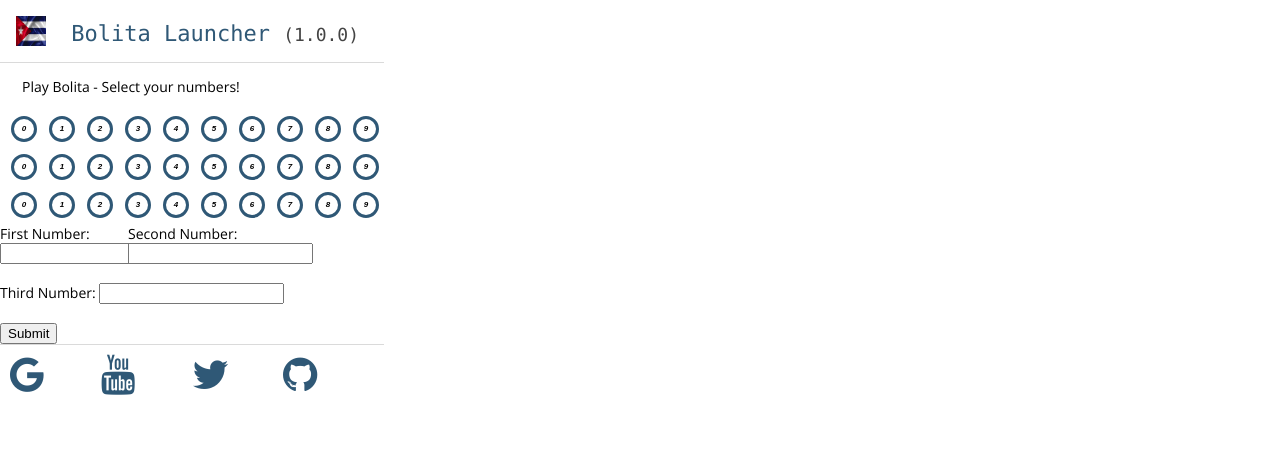
Repository: markymark617/BolitaChromeExtension
Page: popup.html
The author's editor kept a copy of each file at every save. The page is drawn from the files as they stood at one save, then again after the next save.
The browser window is 1280 px wide. The pictures show the whole page.

Above is the page before, as saved 2020-09-06 14:25:03.

### popup.html
<!DOCTYPE html>
<html lang="en">
<head>
    <meta charset="UTF-8">
    <meta name="viewport" content="width=device-width, initial-scale=1.0">
    <meta http-equiv="X-UA-Compatible" content="ie=chrome">
    <title>Bolita Launcher</title>
    <link rel="stylesheet" href="https://fonts.googleapis.com/css?family=Open+Sans" type="text/css">
    <link rel="stylesheet" href="popup.css">
    <link href="https://maxcdn.bootstrapcdn.com/font-awesome/4.7.0/css/font-awesome.min.css" rel="stylesheet" integrity="sha384-wvfXpqpZZVQGK6TAh5PVlGOfQNHSoD2xbE+QkPxCAFlNEevoEH3Sl0sibVcOQVnN" crossorigin="anonymous"/>

</head>

<body>
    <div class="modal-header">
        <h1 class="logo">
            <img src="images/bolita_logo.png" alt="Bolita_Launcher_logo" class="logo-icon"> Bolita Launcher <span class="version">(1.0.0)</span>
        </h1>
    </div>
    <div class="modal-content">
        <p>Play Bolita - Select your numbers!</p>
    </div>


    <div class="ball-icons">

        <div class="flex-container paddedDiv firstBet" id="firstRow">

            <button id="first-zero" value='0' class="btnFirstBet">
                <div class="flex circle">
                    <div class="fa-stack fa-2x">
                        <i class="fa fa-stack-2x fa-inverse"></i>
                        <i class="fa-stack-1x fa-stack-text">0</i>
                    </div>
                </div>
            </button>

            <button id="first-one" value='1' class="btnFirstBet">
                <div class="flex circle">
                    <div class="fa-stack fa-2x">
                        <i class="fa fa-stack-2x fa-inverse"></i>
                        <i class="fa-stack-1x fa-stack-text">1</i>
                    </div>
                </div>
            </button>


            <button id="first-two" value='2' class="btnFirstBet">
                <div class="flex circle">
                    <div class="fa-stack fa-2x">
                        <i class="fa fa-stack-2x fa-inverse"></i>
                        <i class="fa-stack-1x fa-stack-text">2</i>
                    </div>
                </div>
            </button>


            <button id="first-three" value='3' class="btnFirstBet">
                <div class="flex circle">
                    <div class="fa-stack fa-2x">
                        <i class="fa fa-stack-2x fa-inverse"></i>
                        <i class="fa-stack-1x fa-stack-text">3</i>
                    </div>
                </div>
            </button>


            <button id="first-four" value='4' class="btnFirstBet">
                <div class="flex circle">
                    <div class="fa-stack fa-2x">
                        <i class="fa fa-stack-2x fa-inverse"></i>
                        <i class="fa-stack-1x fa-stack-text">4</i>
                    </div>
                </div>
            </button>


            <button id="first-five" value='5' class="btnFirstBet">
                <div class="flex circle">
                    <div class="fa-stack fa-2x">
                        <i class="fa fa-stack-2x fa-inverse"></i>
                        <i class="fa-stack-1x fa-stack-text">5</i>
                    </div>
                </div>
            </button>


            <button id="first-six" value='6' class="btnFirstBet">
                <div class="flex circle">
                    <div class="fa-stack fa-2x">
                        <i class="fa fa-stack-2x fa-inverse"></i>
                        <i class="fa-stack-1x fa-stack-text">6</i>
                    </div>
                </div>
            </button>


            <button id="first-seven" value='7' class="btnFirstBet">
                <div class="flex circle">
                    <div class="fa-stack fa-2x">
                        <i class="fa fa-stack-2x fa-inverse"></i>
                        <i class="fa-stack-1x fa-stack-text">7</i>
                    </div>
                </div>
            </button>


            <button id="first-eight" value='8' class="btnFirstBet">
                <div class="flex circle">
                    <div class="fa-stack fa-2x">
                        <i class="fa fa-stack-2x fa-inverse"></i>
                        <i class="fa-stack-1x fa-stack-text">8</i>
                    </div>
                </div>
            </button>


            <button id="first-nine" value='9' class="btnFirstBet">
                    <div class="flex circle">
                        <div class="fa-stack fa-2x">
                                <i class="fa fa-stack-2x fa-inverse"></i>
                                <i class="fa-stack-1x fa-stack-text">9</i>
                        </div>
                    </div>
            </button>

        </div>

<!-- second row-->

        <div class="flex-container paddedDiv secondBet" id="secondRow">

            <button id="second-zero" value='0' class="btnSecondBet">
                <div class="flex circle">
                    <div class="fa-stack fa-2x">
                        <i class="fa fa-stack-2x fa-inverse"></i>
                        <i class="fa-stack-1x fa-stack-text">0</i>
                    </div>
                </div>
            </button>

            <button id="second-one" value='1' class="btnSecondBet">
                <div class="flex circle">
                    <div class="fa-stack fa-2x">
                        <i class="fa fa-stack-2x fa-inverse"></i>
                        <i class="fa-stack-1x fa-stack-text">1</i>
                    </div>
                </div>
            </button>


            <button id="second-two" value='2' class="btnSecondBet">
                <div class="flex circle">
                    <div class="fa-stack fa-2x">
                        <i class="fa fa-stack-2x fa-inverse"></i>
                        <i class="fa-stack-1x fa-stack-text">2</i>
                    </div>
                </div>
            </button>


            <button id="second-three" value='3' class="btnSecondBet">
                <div class="flex circle">
                    <div class="fa-stack fa-2x">
                        <i class="fa fa-stack-2x fa-inverse"></i>
                        <i class="fa-stack-1x fa-stack-text">3</i>
                    </div>
                </div>
            </button>


            <button id="second-four" value='4' class="btnSecondBet">
                <div class="flex circle">
                    <div class="fa-stack fa-2x">
                        <i class="fa fa-stack-2x fa-inverse"></i>
                        <i class="fa-stack-1x fa-stack-text">4</i>
                    </div>
                </div>
            </button>


            <button id="second-five" value='5' class="btnSecondBet">
                <div class="flex circle">
                    <div class="fa-stack fa-2x">
                        <i class="fa fa-stack-2x fa-inverse"></i>
                        <i class="fa-stack-1x fa-stack-text">5</i>
                    </div>
                </div>
            </button>


            <button id="second-six" value='6' class="btnSecondBet">
                <div class="flex circle">
                    <div class="fa-stack fa-2x">
                        <i class="fa fa-stack-2x fa-inverse"></i>
                        <i class="fa-stack-1x fa-stack-text">6</i>
                    </div>
                </div>
            </button>


            <button id="second-seven" value='7' class="btnSecondBet">
                <div class="flex circle">
                    <div class="fa-stack fa-2x">
                        <i class="fa fa-stack-2x fa-inverse"></i>
                        <i class="fa-stack-1x fa-stack-text">7</i>
                    </div>
                </div>
            </button>



            <button id="second-eight" value='8' class="btnSecondBet">
                <div class="flex circle">
                    <div class="fa-stack fa-2x">
                        <i class="fa fa-stack-2x fa-inverse"></i>
                        <i class="fa-stack-1x fa-stack-text">8</i>
                    </div>
                </div>
            </button>


            <button id="second-nine" value='9' class="btnSecondBet">
                    <div class="flex circle">
                        <div class="fa-stack fa-2x">
                                <i class="fa fa-stack-2x fa-inverse"></i>
                                <i class="fa-stack-1x fa-stack-text">9</i>
                        </div>
                    </div>
            </button>

        </div>

<!--Third Row-->

        <div class="flex-container paddedDiv thirdBet" id="thirdRow">

                <button id="third-zero" value='0' class="btnThirdBet">
                    <div class="flex circle">
                        <div class="fa-stack fa-2x">
                            <i class="fa fa-stack-2x fa-inverse"></i>
                            <i class="fa-stack-1x fa-stack-text">0</i>
                        </div>
                    </div>
                </button>

                <button id="third-one" value='1' class="btnThirdBet">
                    <div class="flex circle">
                        <div class="fa-stack fa-2x">
                            <i class="fa fa-stack-2x fa-inverse"></i>
                            <i class="fa-stack-1x fa-stack-text">1</i>
                        </div>
                    </div>
                </button>


                <button id="third-two" value='2' class="btnThirdBet">
                    <div class="flex circle">
                        <div class="fa-stack fa-2x">
                            <i class="fa fa-stack-2x fa-inverse"></i>
                            <i class="fa-stack-1x fa-stack-text">2</i>
                        </div>
                    </div>
                </button>


                <button id="third-three" value='3' class="btnThirdBet">
                    <div class="flex circle">
                        <div class="fa-stack fa-2x">
                            <i class="fa fa-stack-2x fa-inverse"></i>
                            <i class="fa-stack-1x fa-stack-text">3</i>
                        </div>
                    </div>
                </button>


                <button id="third-four" value='4' class="btnThirdBet">
                    <div class="flex circle">
                        <div class="fa-stack fa-2x">
                            <i class="fa fa-stack-2x fa-inverse"></i>
                            <i class="fa-stack-1x fa-stack-text">4</i>
                        </div>
                    </div>
                </button>


                <button id="third-five" value='5' class="btnThirdBet">
                    <div class="flex circle">
                        <div class="fa-stack fa-2x">
                            <i class="fa fa-stack-2x fa-inverse"></i>
                            <i class="fa-stack-1x fa-stack-text">5</i>
                        </div>
                    </div>
                </button>


                <button id="third-six" value='6' class="btnThirdBet">
                    <div class="flex circle">
                        <div class="fa-stack fa-2x">
                            <i class="fa fa-stack-2x fa-inverse"></i>
                            <i class="fa-stack-1x fa-stack-text">6</i>
                        </div>
                    </div>
                </button>


                <button id="third-seven" value='7' class="btnThirdBet">
                    <div class="flex circle">
                        <div class="fa-stack fa-2x">
                            <i class="fa fa-stack-2x fa-inverse"></i>
                            <i class="fa-stack-1x fa-stack-text">7</i>
                        </div>
                    </div>
                </button>



                <button id="third-eight" value='8' class="btnThirdBet">
                    <div class="flex circle">
                        <div class="fa-stack fa-2x">
                            <i class="fa fa-stack-2x fa-inverse"></i>
                            <i class="fa-stack-1x fa-stack-text">8</i>
                        </div>
                    </div>
                </button>


                <button id="third-nine" value='9' class="btnThirdBet">
                        <div class="flex circle">
                            <div class="fa-stack fa-2x">
                                    <i class="fa fa-stack-2x fa-inverse"></i>
                                    <i class="fa-stack-1x fa-stack-text">9</i>
                            </div>
                        </div>
                </button>

            </div>








    </div>




    <div class="modal-output">

            <form action="results.html" method="GET">
                <div class="row">
                    <div class="column">
                        <label for="firstBetInput">First Number:</label><br>
                        <input type="text" id="firstBetInput" name="firstBetInput"><br><br>
                    </div>
                    <div class="column"></div>
                        <label for="secondBetInput">Second Number:</label>
                        <input type="text" id="secondBetInput" name="secondBetInput"><br><br>
                    </div>
                    <div class="column"></div>
                        <label for="thirdBetInput">Third Number:</label>
                        <input type="text" id="thirdBetInput" name="thirdBetInput"><br><br>
                    </div>
                </div>

                    <input type="submit" value="Submit">
            </form>
        </div>

    <div class="modal-icons">
        <div class="flex-container">
            <div class="flex">
                <a href="https://www.google.com" target="_blank">
                    <i class="fa fa-google"></i>
                </a>
            </div>

            <div class="flex">
                <a href="https://www.youtube.com" target="_blank">
                    <i class="fa fa-youtube"></i>
                </a>
            </div>

            <div class="flex">
                <a href="https://www.twitter.com" target="_blank">
                    <i class="fa fa-twitter"></i>
                </a>
            </div>

            <div class="flex">
                <a href="https://www.github.com" target="_blank">
                    <i class="fa fa-github"></i>
                </a>
            </div>
        </div>
    </div>








    <script src="popup.js"></script>
</body>
</html>

### popup.css

    html,
    body {
        font-family : 'Open Sans', sans-serif;
        font-size: 14px;
        margin: 0;
        min-height: 180px;
        padding: 0;
        width: 384px;
    }

    h1 {
        font-family: 'Menlo', monospace;
        font-size: 22px;
        font-weight: 400;
        margin: 0;
        color: #2f5876;
    }

    a:link, a:visited {
        color: #000;
        outline: 0;
        text-decoration: none;
    }

    img {
        width: 30px;

    }

    .modal-header {
        align-items: center;
        border-bottom: 0.5px solid #dadada;
    }

    .modal-content {
        padding: 0 22px;
        align-items: center;
    }

    .modal-icons {
        border-top: 0.5px solid #dadada;
        height: 50px;
        width: 100%;
    }

    .logo {
        padding: 16px;
    }

    .logo-icon {
        vertical-align: text-bottom;
        margin-right: 12px;
    }

    .version {
        color: #444;
        font-size: 18px;
    }

    .flex-container {
        display: flex;
        justify-content: space-between;
        padding: 10px 10px;
    }

    .flex {
        opacity: 1;
        transition: opacity 0.2s ease-in-out;
        width: 120px
    }

    .flex:hover {
        opacity: 0.4;
    }

    .flex .fa {
        font-size: 40px;
        color: #2f5876;
    }

    .fa-stack-text {
        font-size: 8px;
        border:none;
        align-items: center;
        font-weight:bold;
    }

    .circle {
        display: flex;
        border: 3px solid #2f5876;
        border-radius: 100%;
        width: 20px;
        height: 20px;
        justify-content: center;
        align-items: center;

    }

    button {
        background: transparent;
        border:0;
        outline:none;

    }

    .paddedDiv {
        padding: 5px;
    }

    .column {
        float: left;
        width: 33.33%;
      }

      /* Clear floats after the columns */
      .row:after {
        content: "";
        display: table;
        clear: both;
      }

### popup.js

document.querySelectorAll(".btnFirstBet").forEach(item => {
    item.addEventListener('click', event => {
        //handle click


        document.querySelectorAll(".btnFirstBet").forEach(item => {

                item.classList.remove("active");
                item.style.opacity=1;

        })

        item.style.opacity= 0.4;
        item.classList.add("active");

        //only 1 can be active at any given time

    })
});


document.querySelectorAll(".btnSecondBet").forEach(item => {
    item.addEventListener('click', event => {
        //handle click


        document.querySelectorAll(".btnSecondBet").forEach(item => {

                item.classList.remove("active");
                item.style.opacity=1;

        })

        item.style.opacity= 0.4;
        item.classList.add("active");

        //only 1 can be active at any given time

    })
});


document.querySelectorAll(".btnThirdBet").forEach(item => {
    item.addEventListener('click', event => {
        //handle click


        document.querySelectorAll(".btnThirdBet").forEach(item => {

                item.classList.remove("active");
                item.style.opacity=1;

        })

        item.style.opacity= 0.4;
        item.classList.add("active");

        //only 1 can be active at any given time

    })
});



/*


[document.querySelectorAll(".firstBet"), document.querySelector('.btnFirstBet')].forEach(item => {
    item.addEventListener('click', event => {
        //handle click
        item.style.opacity= 0.4;
        item.addClass("active");
    })
});


var elements = document.getElementsByClassName(".btnFirstBet");

[].forEach.call(elements, function(currElement) {
    currElemen
    currElement.style.opacity= 0.4;
    currElement.classList.add("active");
    console.log(currElement.tagName);
});


document.getElementsByClassName(".btnFirstBet").forEach(item => {
    item.addEventListener('click', event => {
        //handle click
        item.style.opacity= 0.4;
       // element.classList.add("active");
    })
})










var elements = document.querySelectorAll('.btnFirstBet');
for (var i = 0; i < elements.length; i++) {
    elements[i].classList.remove("active");
    elements[i].onclick = function (event) {
        console.log("ONCLICK");
        //remove all active class
        removeClass();
        if (event.elements[i].innerHTML === this.innerHTML) {
            console.log("IN IF");
            this.classList.add("active");
        }
    }
}

function removeClass(){
  for (var i = 0; i < elements.length; i++) {
    elements[i].classList.remove("active");
  }
}








*/

After the next save:
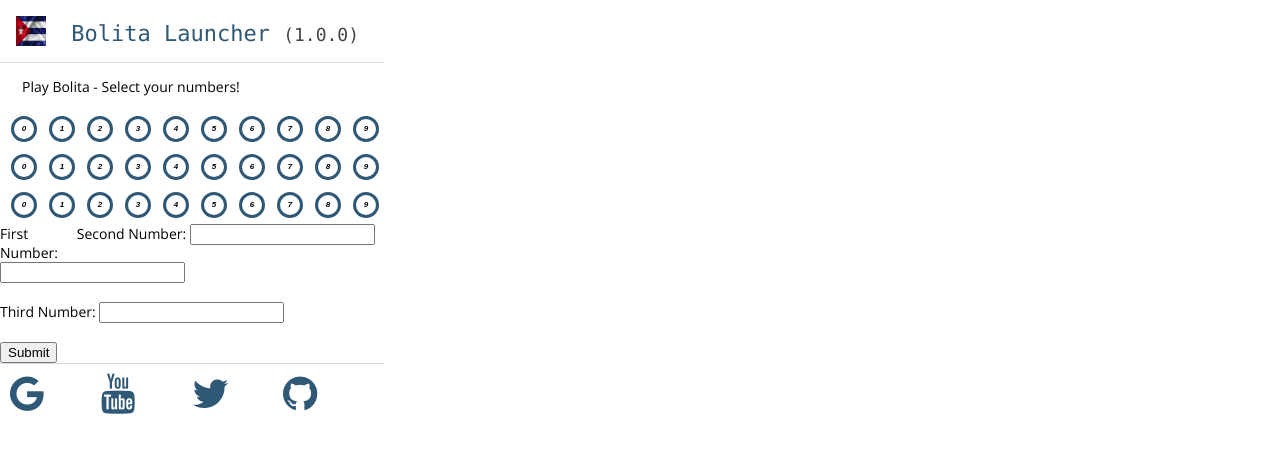
Saved 62 s later.
--- a/popup.css
+++ b/popup.css
@@ -110,7 +110,7 @@
 
     .column {
         float: left;
-        width: 33.33%;
+        width: 20%;
       }
 
       /* Clear floats after the columns */

After the save that followed:
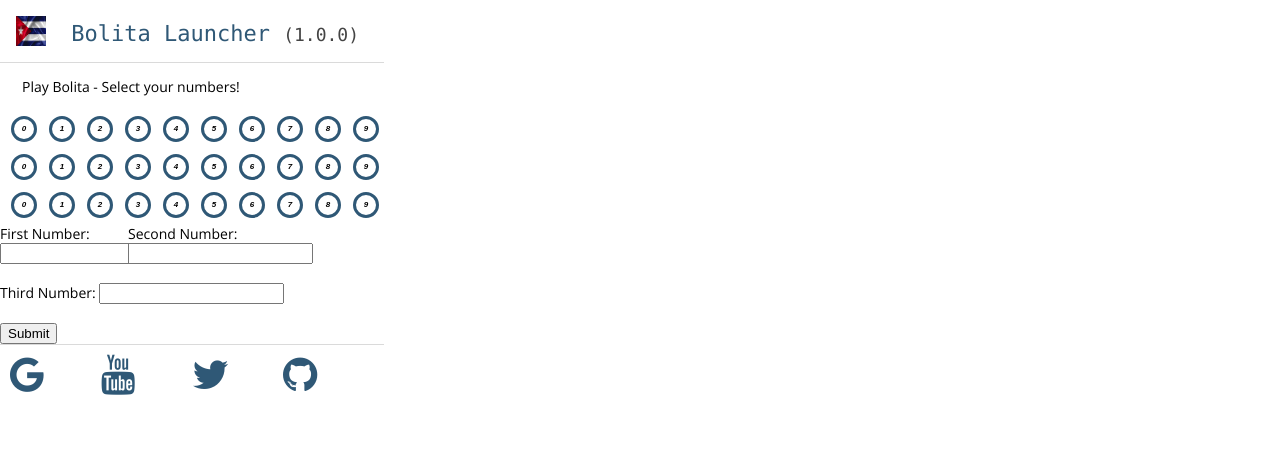
Saved 10 s later.
--- a/popup.css
+++ b/popup.css
@@ -110,7 +110,7 @@
 
     .column {
         float: left;
-        width: 20%;
+        width: 33.33%;
       }
 
       /* Clear floats after the columns */
